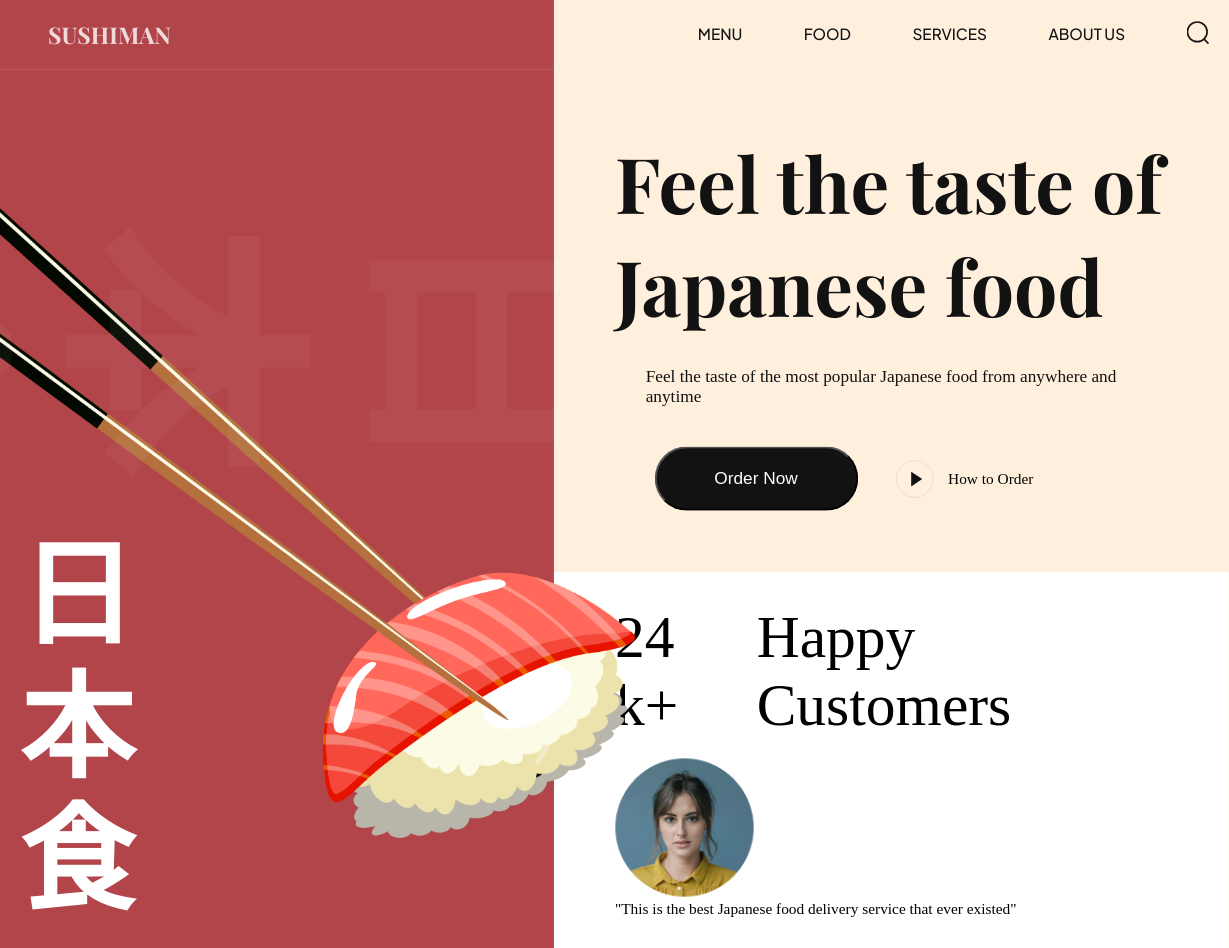
Repository: echoyol/sushiWebsite
Page: index.html
The author's editor kept a copy of each file at every save. The page is drawn from the files as they stood at one save, then again after the next save.
The browser window is 1280 px wide. The pictures show the whole page, at 96% of full size.

Above is the page before, as saved 2023-06-02 07:26:42.

After the next save:
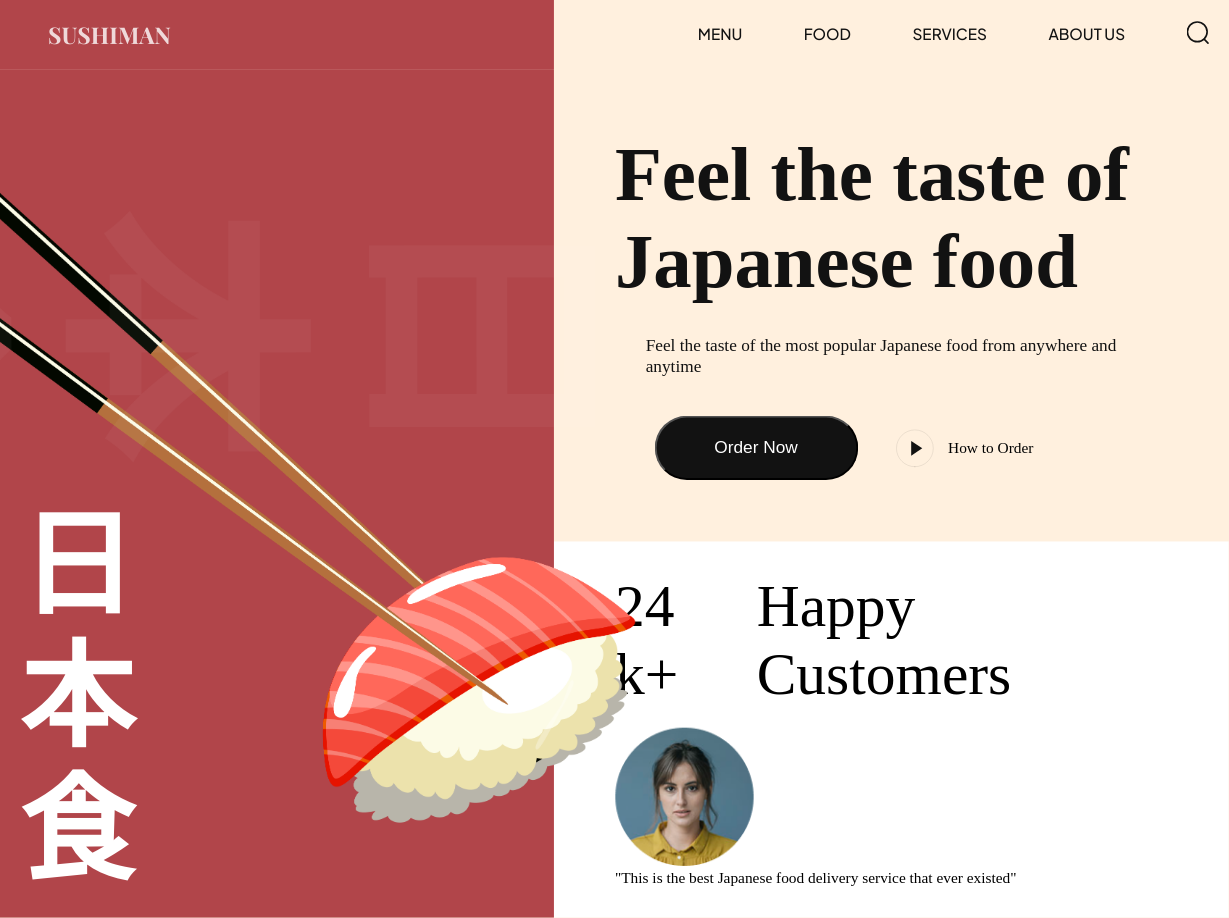
Saved 21 s later.
--- a/css/sections/hero.css
+++ b/css/sections/hero.css
@@ -55,7 +55,7 @@
 .hero-content-info h1 {
   font-size: 80px;
   font-weight: 600px;
-  font-family: var(--playfair-display);
+
   color: var(--secondary-color);
 }
 

After the save that followed:
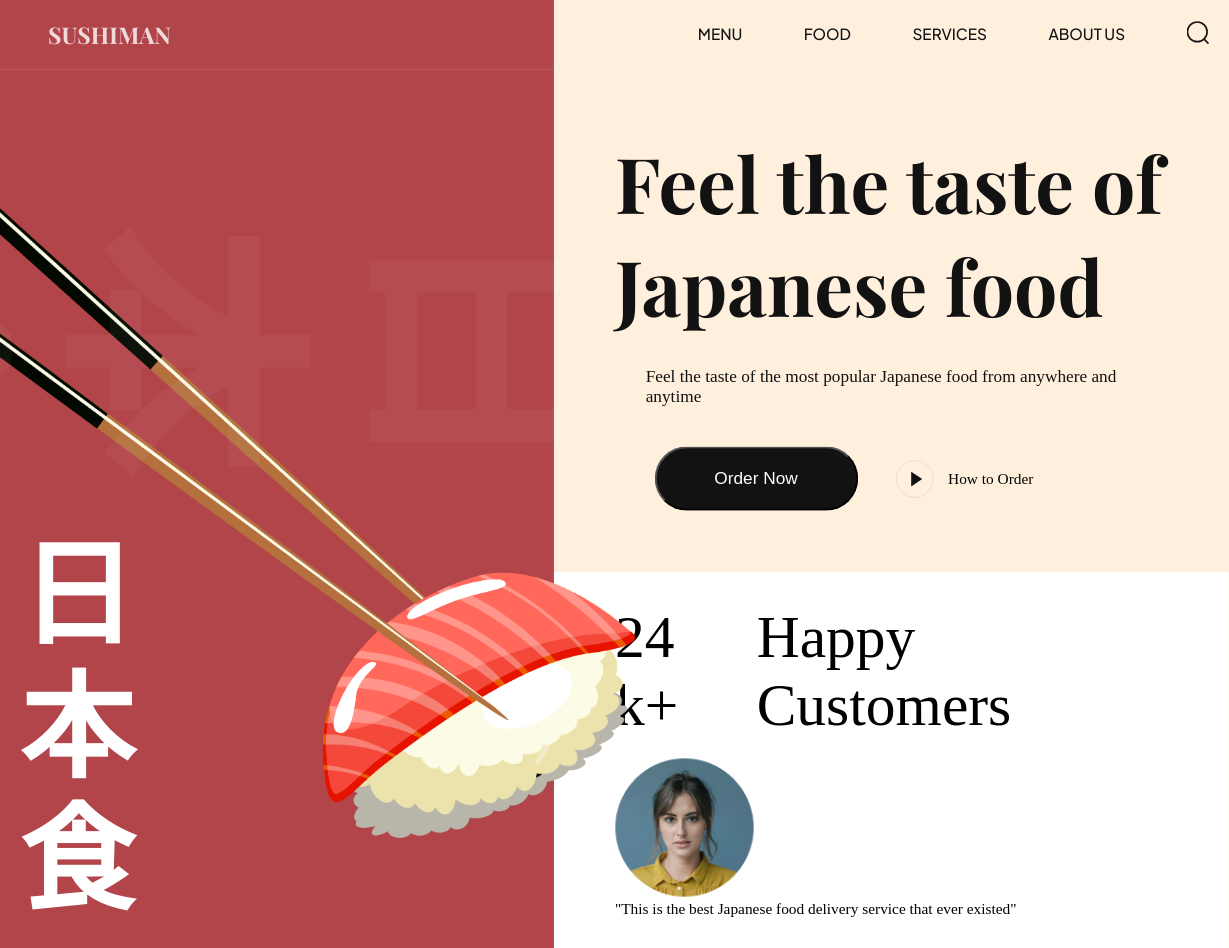
Saved 7 s later.
--- a/css/sections/hero.css
+++ b/css/sections/hero.css
@@ -55,7 +55,7 @@
 .hero-content-info h1 {
   font-size: 80px;
   font-weight: 600px;
-
+  font-family: var(--playfair-display);
   color: var(--secondary-color);
 }
 
